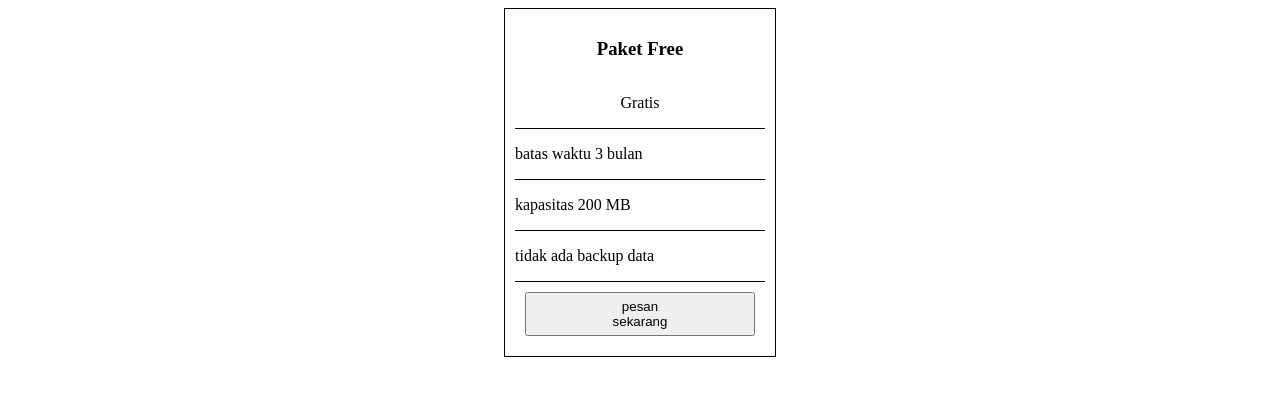
Repository: AHSANS354/tugas-sib5
Page: tugas css/index.html
These files come from the project's save history. The page is drawn as it stood at one moment and after the next save; the edit follows.
The browser window is 1280 px wide. The pictures show the whole page.

Above is the page before, as saved 2023-08-29 15:37:15.

After the next save:
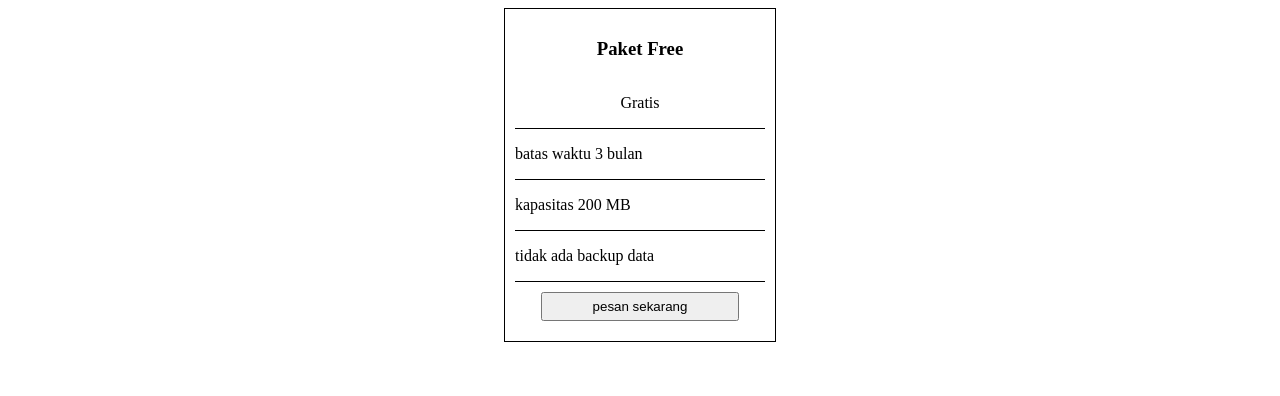
Saved 11 s later.
--- a/tugas css/style.css
+++ b/tugas css/style.css
@@ -43,5 +43,5 @@ td {
 }
 
 button {
-  padding: 5px 70px;
+  padding: 5px 50px;
 }
